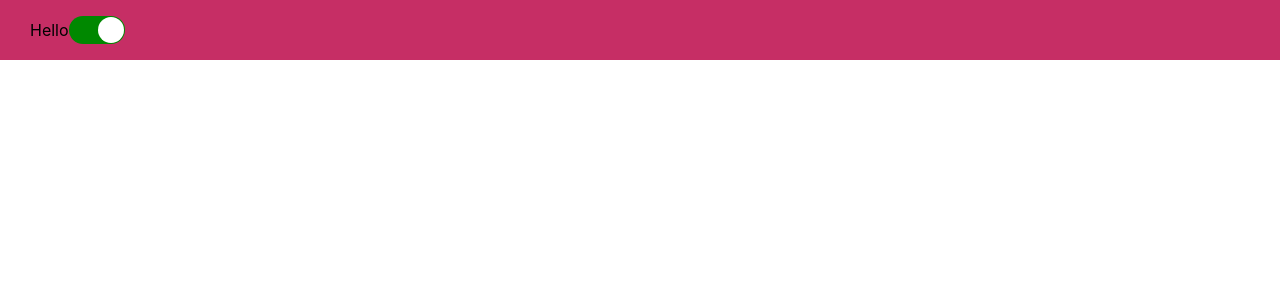
Repository: OmniaRafat232111121/Tic-Tac-Toe
Page: /
An editor plug-in stored every save of this project. The page is shown before and after a run of saves, followed by the edit.
The browser window is 1280 px wide. The pictures show the whole page.
The project was rebuilt for these pictures with package versions that can differ from the ones it lists, and the page was loaded fresh each time.

Above is the page before, as saved 2022-09-20 14:20:40.

### src/index.tsx
import React from 'react';
import ReactDOM from 'react-dom/client';
import './index.css';
import App from './App';
const root = ReactDOM.createRoot(
  document.getElementById('root') as HTMLElement
);
root.render(
  <React.StrictMode>
    <App />
  </React.StrictMode>
);

### src/App.tsx
import React from 'react';
import './App.css';
import Header from './components/Header';
import light from'./styles/themes/light'
import {ThemeProvider} from'styled-components'

function App() {
  return (
    <ThemeProvider theme={light}>
    <div className="App">
    <Header/>
   </div>
    </ThemeProvider>

  );
}

export default App;

### src/components/Header/index.tsx
import React from 'react'
import  {Container}  from './styles';
import Switch from 'react-switch'
const Header:React.FC=()=>{
    return(
       <Container>
        Hello
        <Switch
        onChange={()=>{}}
        checked={true}
        checkedIcon={false}
        uncheckedIcon={false}
        />
       </Container>
    );
}
export default Header;

### src/styles/themes/light.ts
export default{
    title:'light',
    colors:{
        primary: '#C62E65',
        secundary: '#D63AF9',

        background: '#f5f5f5',
        text: '#333'
    },
}

### src/components/Header/styles.ts
import styled from "styled-components";
export const Container =styled.div`
height:60px;
background: ${(props) => props.theme.colors.primary};
display:flex;
align-items:center;
padding:0 30px;
`;

Loaded but not shown: public/index.html (common file); src/index.css (common file); src/App.css (common file)

After the next 20 saves:
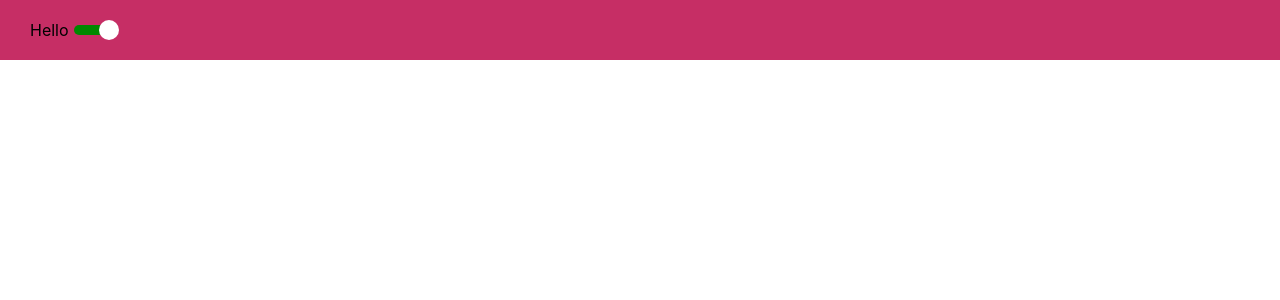
The 20 saves are shown as one change because they came seconds apart.
The last was saved 60 s later.
--- a/src/components/Header/index.tsx
+++ b/src/components/Header/index.tsx
@@ -10,6 +10,9 @@ const Header:React.FC=()=>{
         checked={true}
         checkedIcon={false}
         uncheckedIcon={false}
+        height={10}
+        width={40}
+        handleDiameter={20}
         />
        </Container>
     );
